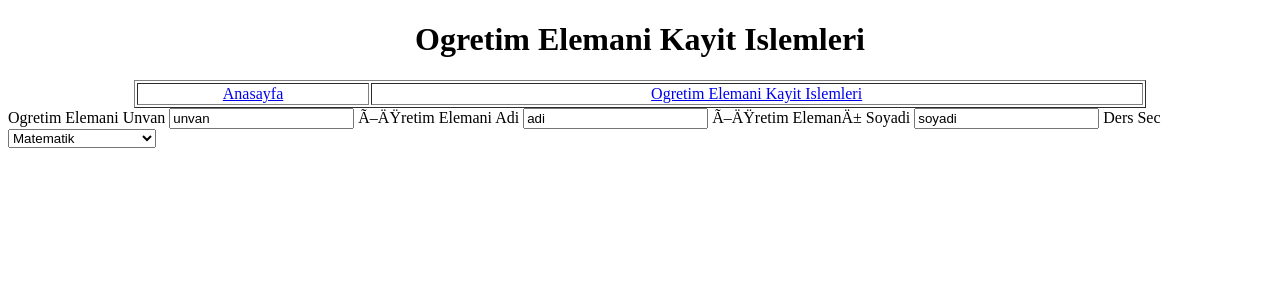
Repository: Egemen-ve-Burakhan-internet-final/final
Page: http://localhost/ogretim/ogretmen_kayit.jsp
The author's editor kept a copy of each file at every save. The page is drawn from the files as they stood at one save, then again after a run of saves.
The browser window is 1280 px wide. The pictures show the whole page.
The page is served by Tomcat 9.

Above is the page before, as saved 2020-05-25 14:22:29.

After the next 3 saves:
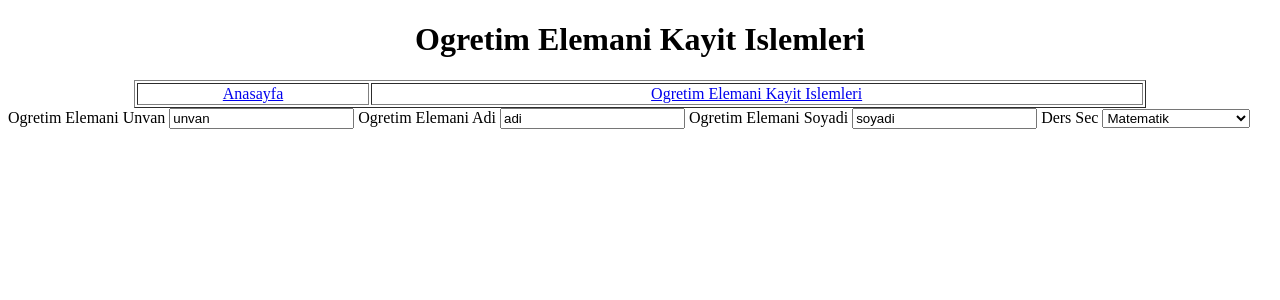
The 3 saves are shown as one change because they came seconds apart.
The last was saved 11 s later.
--- a/okul/ogretim/WebContent/ogretmen_kayit.jsp
+++ b/okul/ogretim/WebContent/ogretmen_kayit.jsp
@@ -25,10 +25,10 @@
 		<label>Ogretim Elemani Unvan</label>
 		<input type="text" name="unvan" value="unvan">
 
-		<label>Öğretim Elemani Adi</label>
+		<label>Ogretim Elemani Adi</label>
 		<input type="text" name="adi" value="adi">
 
-		<label>Öğretim Elemanı Soyadi</label>
+		<label>Ogretim Elemani Soyadi</label>
 		<input type="text" name="soyadi" value="soyadi">
 
 		<label>Ders Sec</label>
